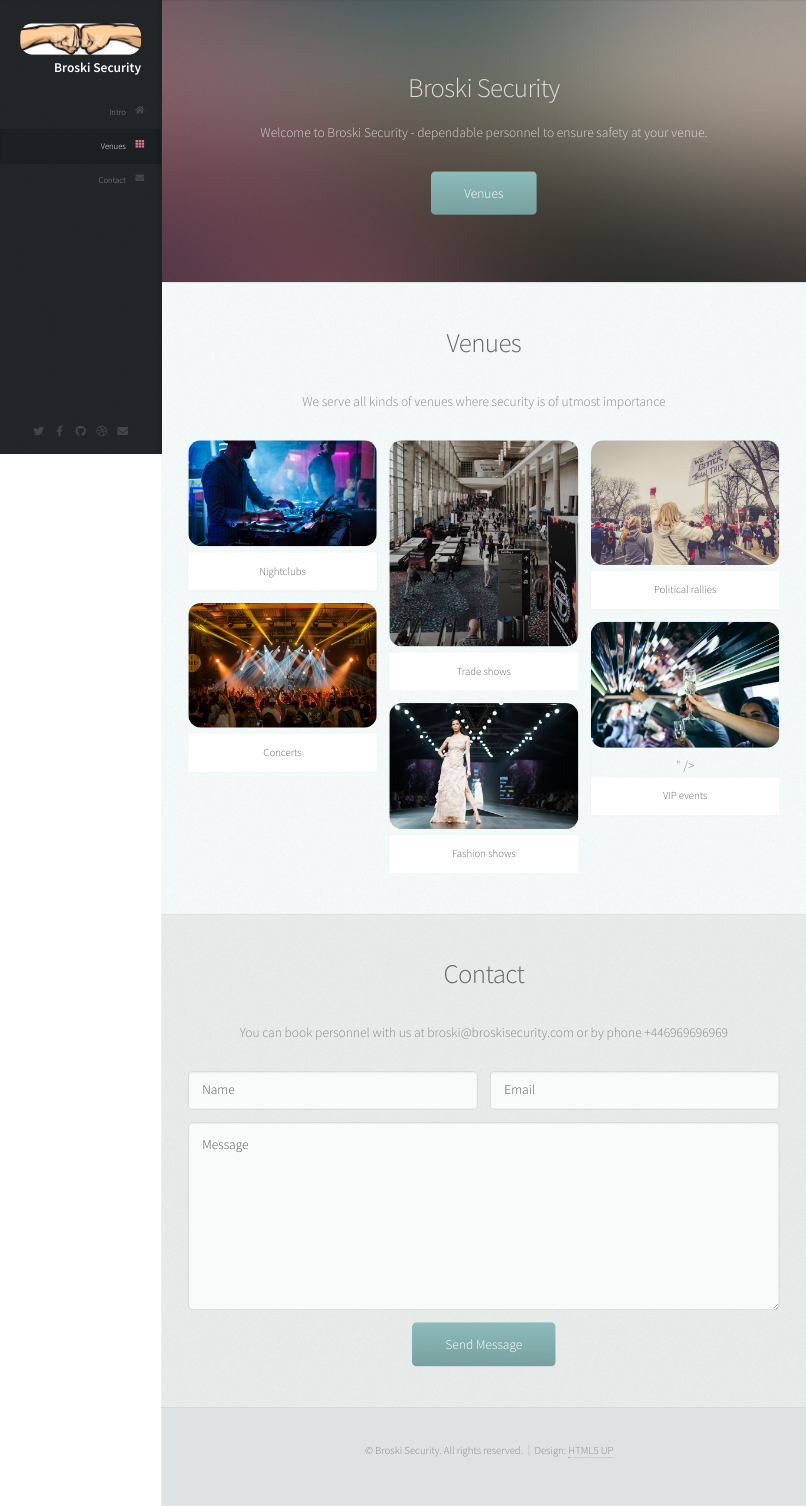
Repository: fiedore/fiedore.github.io
Page: index.html
These files come from the project's save history. The page is drawn as it stood at one moment and after the next save; the edit follows.
The browser window is 1280 px wide. The pictures show the whole page, at 63% of full size.

Above is the page before, as saved 2025-06-03 09:30:14.

### index.html
<!DOCTYPE HTML>
<!--
	Prologue by HTML5 UP
	html5up.net | @ajlkn
	Free for personal and commercial use under the CCA 3.0 license (html5up.net/license)
-->
<html>
	<head>
		<title>Prologue by HTML5 UP</title>
		<meta charset="utf-8" />
		<meta name="viewport" content="width=device-width, initial-scale=1, user-scalable=no" />
		<link rel="stylesheet" href="assets/css/main.css" />
	</head>
	<body class="is-preload">

		<!-- Header -->
			<div id="header">

				<div class="top">

					<!-- Logo -->
						<div id="logo">
							<span class="image"><img src="images/broski_logo.jpg" alt="" /></span>
							<h1 id="title">Broski Security</h1>
						</div>

					<!-- Nav -->
						<nav id="nav">
							<ul>
								<li><a href="#top" id="top-link"><span class="icon solid fa-home">Intro</span></a></li>
								<li><a href="#venues" id="venues-link"><span class="icon solid fa-th">Venues</span></a></li>
								<!-- <li><a href="#about" id="about-link"><span class="icon solid fa-user">About Me</span></a></li> -->
								<li><a href="#contact" id="contact-link"><span class="icon solid fa-envelope">Contact</span></a></li>
							</ul>
						</nav>

				</div>

				<div class="bottom">

					<!-- Social Icons -->
						<ul class="icons">
							<li><a href="#" class="icon brands fa-twitter"><span class="label">Twitter</span></a></li>
							<li><a href="#" class="icon brands fa-facebook-f"><span class="label">Facebook</span></a></li>
							<li><a href="#" class="icon brands fa-github"><span class="label">Github</span></a></li>
							<li><a href="#" class="icon brands fa-dribbble"><span class="label">Dribbble</span></a></li>
							<li><a href="#" class="icon solid fa-envelope"><span class="label">Email</span></a></li>
						</ul>

				</div>

			</div>

		<!-- Main -->
			<div id="main">

				<!-- Intro -->
					<section id="top" class="one dark cover">
						<div class="container">

							<header>
								<h2 class="alt">Broski Security</h2>
								<p>Welcome to Broski Security - dependable personnel to ensure safety at your venue.</p>
							</header>

							<footer>
								<a href="#venues" class="button scrolly">Venues</a>
							</footer>

						</div>
					</section>

				<!-- Venues -->
					<section id="venues" class="two">
						<div class="container">

							<header>
								<h2>Venues</h2>
							</header>

							<p>We serve all kinds of venues where security is of utmost importance</p>

							<div class="row">
								<div class="col-4 col-12-mobile">
									<article class="item">
										<p href="#" class="image fit"><img src="images/nightclub.jpg" alt="" /></p>
										<header>
											<h3>Nightclubs</h3>
										</header>
									</article>
									<article class="item">
										<p href="#" class="image fit"><img src="images/concerts.jpg" alt="" /></p>
										<header>
											<h3>Concerts</h3>
										</header>
									</article>
								</div>
								<div class="col-4 col-12-mobile">
									<article class="item">
										<p href="#" class="image fit"><img src="images/tradeshow.jpg" alt="" /></p>
										<header>
											<h3>Trade shows</h3>
										</header>
									</article>
									<article class="item">
										<p href="#" class="image fit"><img src="images/fashion.jpg" alt="" /></p>
										<header>
											<h3>Fashion shows</h3>
										</header>
									</article>
								</div>
								<div class="col-4 col-12-mobile">
									<article class="item">
										<p href="#" class="image fit"><img src="images/rally.jpg" alt="" /></p>
										<header>
											<h3>Political rallies</h3>
										</header>
									</article>

									<article class="item">
										<p href="#" class="image fit"><img src="images/vip.jpg" alt="Photo by Michael Benz on Unsplash"></p>
      " /></a>
										<header>
											<h3>VIP events</h3>
										</header>
									</article>
								</div>
							</div>

						</div>
					</section>

				<!-- About Me -->
					<!-- <section id="about" class="three">
						<div class="container">

							<header>
								<h2>About Me</h2>
							</header>

							<a href="#" class="image featured"><img src="images/pic08.jpg" alt="" /></a>

							<p>Tincidunt eu elit diam magnis pretium accumsan etiam id urna. Ridiculus
							ultricies curae quis et rhoncus velit. Lobortis elementum aliquet nec vitae
							laoreet eget cubilia quam non etiam odio tincidunt montes. Elementum sem
							parturient nulla quam placerat viverra mauris non cum elit tempus ullamcorper
							dolor. Libero rutrum ut lacinia donec curae mus vel quisque sociis nec
							ornare iaculis.</p>

						</div>
					</section> -->

				<!-- Contact -->
					<section id="contact" class="four">
						<div class="container">

							<header>
								<h2>Contact</h2>
							</header>

							<p>You can book personnel with us at broski@broskisecurity.com or by phone +446969696969</p>

							<form method="post" action="#">
								<div class="row">
									<div class="col-6 col-12-mobile"><input type="text" name="name" placeholder="Name" /></div>
									<div class="col-6 col-12-mobile"><input type="text" name="email" placeholder="Email" /></div>
									<div class="col-12">
										<textarea name="message" placeholder="Message"></textarea>
									</div>
									<div class="col-12">
										<input type="submit" value="Send Message" />
									</div>
								</div>
							</form>

						</div>
					</section>

			</div>

		<!-- Footer -->
			<div id="footer">

				<!-- Copyright -->
					<ul class="copyright">
						<li>&copy; Broski Security. All rights reserved.</li><li>Design: <a href="http://html5up.net">HTML5 UP</a></li>
					</ul>

			</div>

		<!-- Scripts -->
			<script src="assets/js/jquery.min.js"></script>
			<script src="assets/js/jquery.scrolly.min.js"></script>
			<script src="assets/js/jquery.scrollex.min.js"></script>
			<script src="assets/js/browser.min.js"></script>
			<script src="assets/js/breakpoints.min.js"></script>
			<script src="assets/js/util.js"></script>
			<script src="assets/js/main.js"></script>

	</body>
</html>

Loaded but not shown: assets/js/jquery.min.js (library); assets/js/jquery.scrolly.min.js (common file); assets/js/jquery.scrollex.min.js (common file); assets/js/browser.min.js (common file); assets/js/breakpoints.min.js (common file); assets/css/fontawesome-all.min.css (library); assets/js/util.js (587 lines, source omitted); assets/js/main.js (123 lines, source omitted); assets/css/main.css (2636 lines, source omitted)

After the next save:
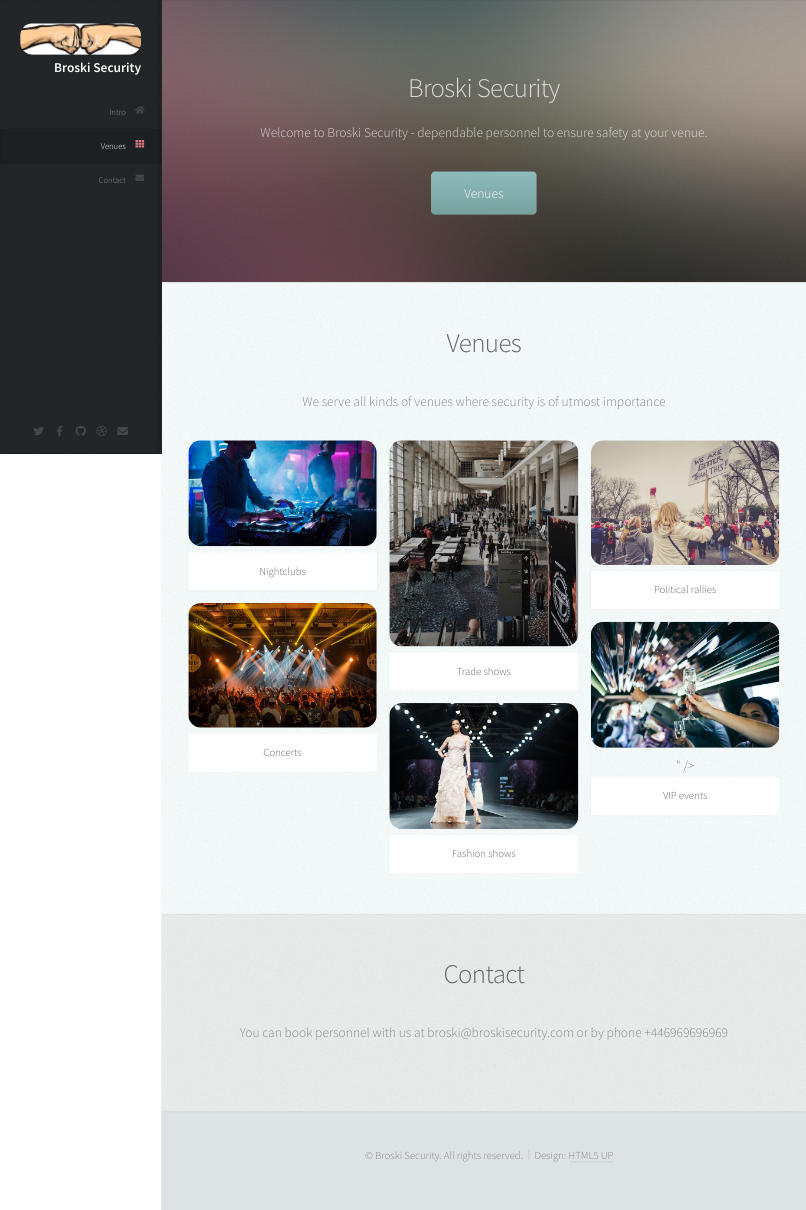
Saved 6 s later.
--- a/index.html
+++ b/index.html
@@ -160,7 +160,7 @@
 
 							<p>You can book personnel with us at broski@broskisecurity.com or by phone +446969696969</p>
 
-							<form method="post" action="#">
+							<!-- <form method="post" action="#">
 								<div class="row">
 									<div class="col-6 col-12-mobile"><input type="text" name="name" placeholder="Name" /></div>
 									<div class="col-6 col-12-mobile"><input type="text" name="email" placeholder="Email" /></div>
@@ -171,7 +171,7 @@
 										<input type="submit" value="Send Message" />
 									</div>
 								</div>
-							</form>
+							</form> -->
 
 						</div>
 					</section>
